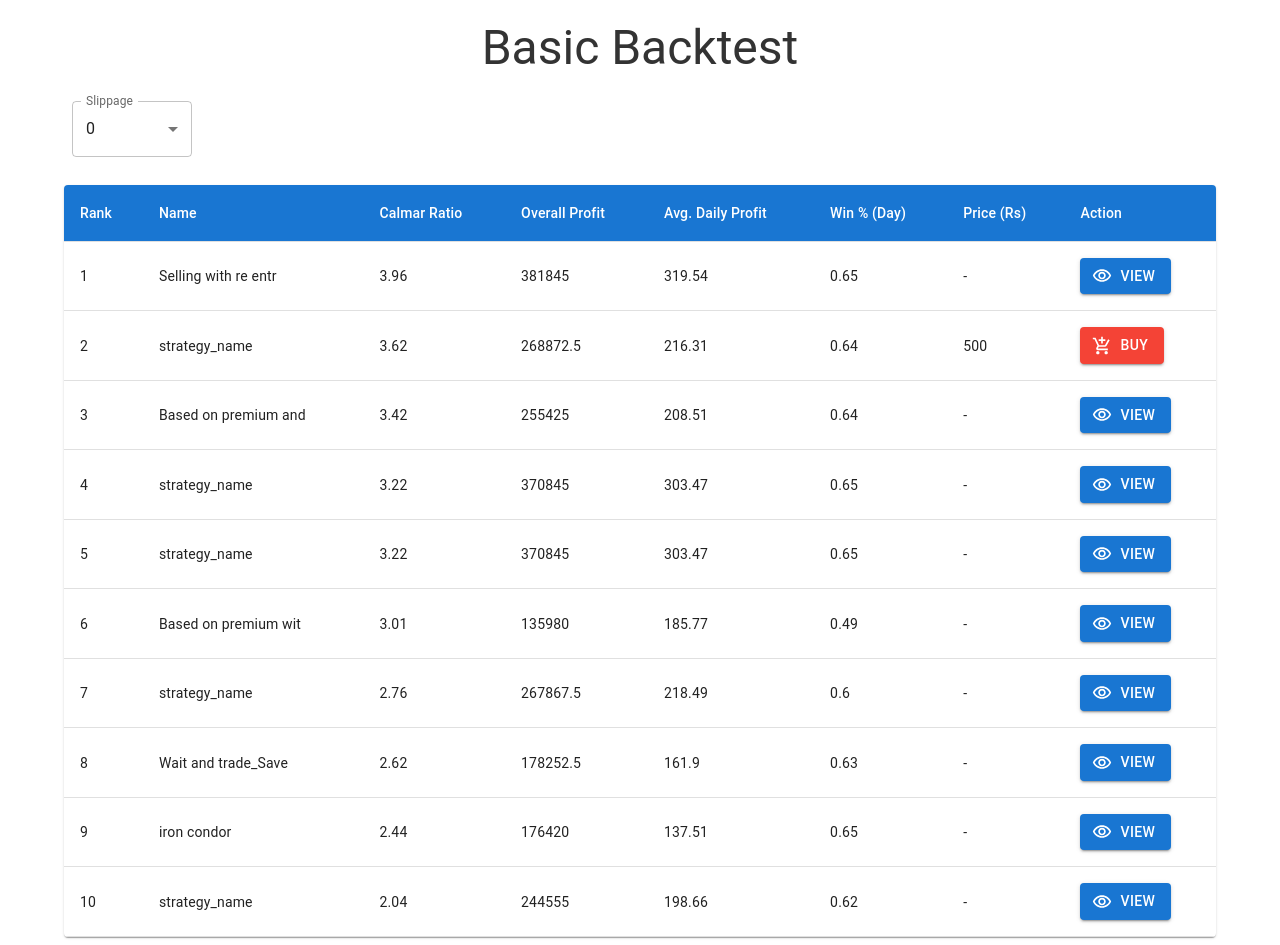
Repository: PraTEEkgUpTa2/Leaderboard
Page: /
These files come from the project's save history. The page is drawn as it stood at one moment and after the next save; the edit follows.
The browser window is 1280 px wide. The pictures show the whole page.
The project was rebuilt for these pictures with package versions that can differ from the ones it lists, and the page was loaded fresh each time. Also part of the build but not shown: src/App.css.

Above is the page before, as saved 2024-05-27 12:30:02.

### src/index.js
import React from 'react';
import ReactDOM from 'react-dom';
import { ThemeProvider } from '@mui/material/styles';
import App from './App';
import theme from './theme'; // Import the theme object

const root = ReactDOM.createRoot(document.getElementById('root'));
root.render(

  <ThemeProvider theme={theme}>
  <App />
</ThemeProvider>

);

// If you want to start measuring performance in your app, pass a function
// to log results (for example: reportWebVitals(console.log))
// or send to an analytics endpoint. Learn more: https://bit.ly/CRA-vitals

### src/App.js
import React from 'react';
import './App.css';
import Leaderboard from './Leaderboard';

function App() {
  return (
    <div className="App">
      <Leaderboard />
    </div>
  );
}

export default App;

### src/theme.js
// theme.js

import { createTheme } from '@mui/material/styles';

const theme = createTheme({
  palette: {
    primary: {
      main: '#1976d2', // Background color for the table header
      dark: '#135fa8', // Hover color for primary buttons
    },
    error: {
      main: '#f44336', // Background color for "Buy" button
      dark: '#d32f2f', // Hover color for "Buy" button
    },
    common: {
      white: '#fff', // Text color for table header and buttons
    },
  },
});

export default theme;

### src/Leaderboard.js
import React from 'react';
import data from './data.json';
import { Container, Table, TableBody, TableCell, TableContainer, TableHead, TableRow, Paper, Button, Typography, FormControl, InputLabel, Select, MenuItem } from '@mui/material';
import { VisibilityOutlined, AddShoppingCartOutlined } from '@mui/icons-material';
import { styled } from '@mui/system';

const StyledTableHead = styled(TableHead)(({ theme }) => ({
  backgroundColor: theme.palette.primary.main,
  '& .MuiTableCell-root': {
    color: theme.palette.common.white,
  },
}));

const ViewButton = styled(Button)(({ theme }) => ({
  backgroundColor: theme.palette.primary.main,
  color: theme.palette.common.white,
  '&:hover': {
    backgroundColor: theme.palette.primary.dark,
  },
  '& .MuiButton-startIcon': {
    marginRight: theme.spacing(1),
  },
}));

const BuyButton = styled(Button)(({ theme }) => ({
  backgroundColor: theme.palette.error.main,
  color: theme.palette.common.white,
  '&:hover': {
    backgroundColor: theme.palette.error.dark,
  },
  '& .MuiButton-startIcon': {
    marginRight: theme.spacing(1),
  },
}));

const Leaderboard = () => {
  return (
    <Container>
      <Typography variant="h3" align="center" gutterBottom style={{ color: '#333', marginTop: '20px' }}>
        Basic Backtest
      </Typography>
      <FormControl sx={{ m: 1, minWidth: 120 }}>
        <InputLabel id="slippage-label">Slippage</InputLabel>
        <Select
          labelId="slippage-label"
          id="slippage-select"
          defaultValue={0}
          label="Slippage"
        >
          <MenuItem value={0}>0</MenuItem>
          <MenuItem value={0.5}>0.5</MenuItem>
          <MenuItem value={1}>1</MenuItem>
        </Select>
      </FormControl>
      <TableContainer component={Paper} style={{ marginTop: '20px' }}>
        <Table aria-label="leaderboard table">
          <StyledTableHead>
            <TableRow>
              <TableCell>Rank</TableCell>
              <TableCell>Name</TableCell>
              <TableCell>Calmar Ratio</TableCell>
              <TableCell>Overall Profit</TableCell>
              <TableCell>Avg. Daily Profit</TableCell>
              <TableCell>Win % (Day)</TableCell>
              <TableCell>Price (Rs)</TableCell>
              <TableCell>Action</TableCell>
            </TableRow>
          </StyledTableHead>
          <TableBody>
            {data.map((row) => (
              <TableRow key={row.Rank} style={{ transition: 'background-color 0.3s' }}>
                <TableCell>{row.Rank}</TableCell>
                <TableCell>{row.Name}</TableCell>
                <TableCell>{row["Calmar Ratio"]}</TableCell>
                <TableCell>{row["Overall Profit"]}</TableCell>
                <TableCell>{row["Avg. Daily Profit"]}</TableCell>
                <TableCell>{row["Win %(Day)"]}</TableCell>
                <TableCell>{row["Price (Rs)"] ? row["Price (Rs)"] : '-'}</TableCell>
                <TableCell>
                  {row.Action === 'View' ? (
                    <ViewButton startIcon={<VisibilityOutlined />} variant="contained">
                      View
                    </ViewButton>
                  ) : (
                    <BuyButton startIcon={<AddShoppingCartOutlined />} variant="contained">
                      Buy
                    </BuyButton>
                  )}
                </TableCell>
              </TableRow>
            ))}
          </TableBody>
        </Table>
      </TableContainer>
    </Container>
  );
};

export default Leaderboard;

### src/data.json
[
    {
        "Rank": 1,
        "Name": "Selling with re entr",
        "Calmar Ratio": 3.96,
        "Overall Profit": 381845,
        "Avg. Daily Profit": 319.54,
        "Win %(Day)": 0.65,
        "Price (Rs)": null,
        "Action": "View"
    },
    {
        "Rank": 2,
        "Name": "strategy_name",
        "Calmar Ratio": 3.62,
        "Overall Profit": 268872.5,
        "Avg. Daily Profit": 216.31,
        "Win %(Day)": 0.64,
        "Price (Rs)": 500,
        "Action": "Buy"
    },
    {
        "Rank": 3,
        "Name": "Based on premium and",
        "Calmar Ratio": 3.42,
        "Overall Profit": 255425,
        "Avg. Daily Profit": 208.51,
        "Win %(Day)": 0.64,
        "Price (Rs)": null,
        "Action": "View"
    },
    {
        "Rank": 4,
        "Name": "strategy_name",
        "Calmar Ratio": 3.22,
        "Overall Profit": 370845,
        "Avg. Daily Profit": 303.47,
        "Win %(Day)": 0.65,
        "Price (Rs)": null,
        "Action": "View"
    },
    {
        "Rank": 5,
        "Name": "strategy_name",
        "Calmar Ratio": 3.22,
        "Overall Profit": 370845,
        "Avg. Daily Profit": 303.47,
        "Win %(Day)": 0.65,
        "Price (Rs)": null,
        "Action": "View"
    },
    {
        "Rank": 6,
        "Name": "Based on premium wit",
        "Calmar Ratio": 3.01,
        "Overall Profit": 135980,
        "Avg. Daily Profit": 185.77,
        "Win %(Day)": 0.49,
        "Price (Rs)": null,
        "Action": "View"
    },
    {
        "Rank": 7,
        "Name": "strategy_name",
        "Calmar Ratio": 2.76,
        "Overall Profit": 267867.5,
        "Avg. Daily Profit": 218.49,
        "Win %(Day)": 0.6,
        "Price (Rs)": null,
        "Action": "View"
    },
    {
        "Rank": 8,
        "Name": "Wait and trade_Save",
        "Calmar Ratio": 2.62,
        "Overall Profit": 178252.5,
        "Avg. Daily Profit": 161.9,
        "Win %(Day)": 0.63,
        "Price (Rs)": null,
        "Action": "View"
    },
    {
        "Rank": 9,
        "Name": "iron condor",
        "Calmar Ratio": 2.44,
        "Overall Profit": 176420,
        "Avg. Daily Profit": 137.51,
        "Win %(Day)": 0.65,
        "Price (Rs)": null,
        "Action": "View"
    },
    {
        "Rank": 10,
        "Name": "strategy_name",
        "Calmar Ratio": 2.04,
        "Overall Profit": 244555,
        "Avg. Daily Profit": 198.66,
        "Win %(Day)": 0.62,
        "Price (Rs)": null,
        "Action": "View"
    }
]

Loaded but not shown: public/index.html (common file)

After the next save:
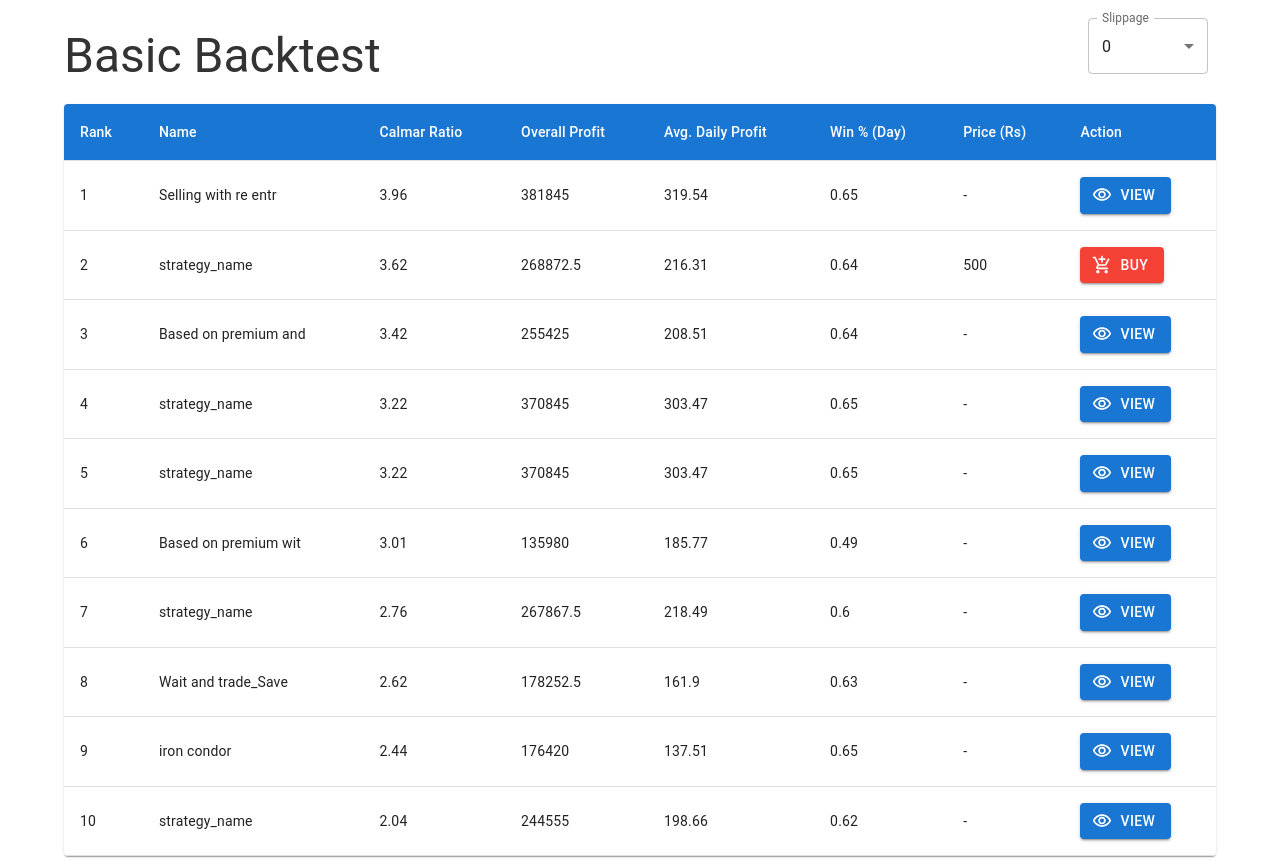
Saved 60 min 12 s later.
--- a/src/Leaderboard.js
+++ b/src/Leaderboard.js
@@ -1,6 +1,6 @@
 import React from 'react';
 import data from './data.json';
-import { Container, Table, TableBody, TableCell, TableContainer, TableHead, TableRow, Paper, Button, Typography, FormControl, InputLabel, Select, MenuItem } from '@mui/material';
+import { Container, Table, TableBody, TableCell, TableContainer, TableHead, TableRow, Paper, Button, Typography, FormControl, InputLabel, Select, MenuItem, Box } from '@mui/material';
 import { VisibilityOutlined, AddShoppingCartOutlined } from '@mui/icons-material';
 import { styled } from '@mui/system';
 
@@ -36,22 +36,24 @@ const BuyButton = styled(Button)(({ theme }) => ({
 const Leaderboard = () => {
   return (
     <Container>
-      <Typography variant="h3" align="center" gutterBottom style={{ color: '#333', marginTop: '20px' }}>
-        Basic Backtest
-      </Typography>
-      <FormControl sx={{ m: 1, minWidth: 120 }}>
-        <InputLabel id="slippage-label">Slippage</InputLabel>
-        <Select
-          labelId="slippage-label"
-          id="slippage-select"
-          defaultValue={0}
-          label="Slippage"
-        >
-          <MenuItem value={0}>0</MenuItem>
-          <MenuItem value={0.5}>0.5</MenuItem>
-          <MenuItem value={1}>1</MenuItem>
-        </Select>
-      </FormControl>
+      <Box display="flex" justifyContent="space-between" alignItems="center">
+        <Typography variant="h3" style={{ color: '#333', marginTop: '20px' }}>
+          Basic Backtest
+        </Typography>
+        <FormControl sx={{ m: 1, minWidth: 120 }}>
+          <InputLabel id="slippage-label">Slippage</InputLabel>
+          <Select
+            labelId="slippage-label"
+            id="slippage-select"
+            defaultValue={0}
+            label="Slippage"
+          >
+            <MenuItem value={0}>0</MenuItem>
+            <MenuItem value={0.5}>0.5</MenuItem>
+            <MenuItem value={1}>1</MenuItem>
+          </Select>
+        </FormControl>
+      </Box>
       <TableContainer component={Paper} style={{ marginTop: '20px' }}>
         <Table aria-label="leaderboard table">
           <StyledTableHead>
